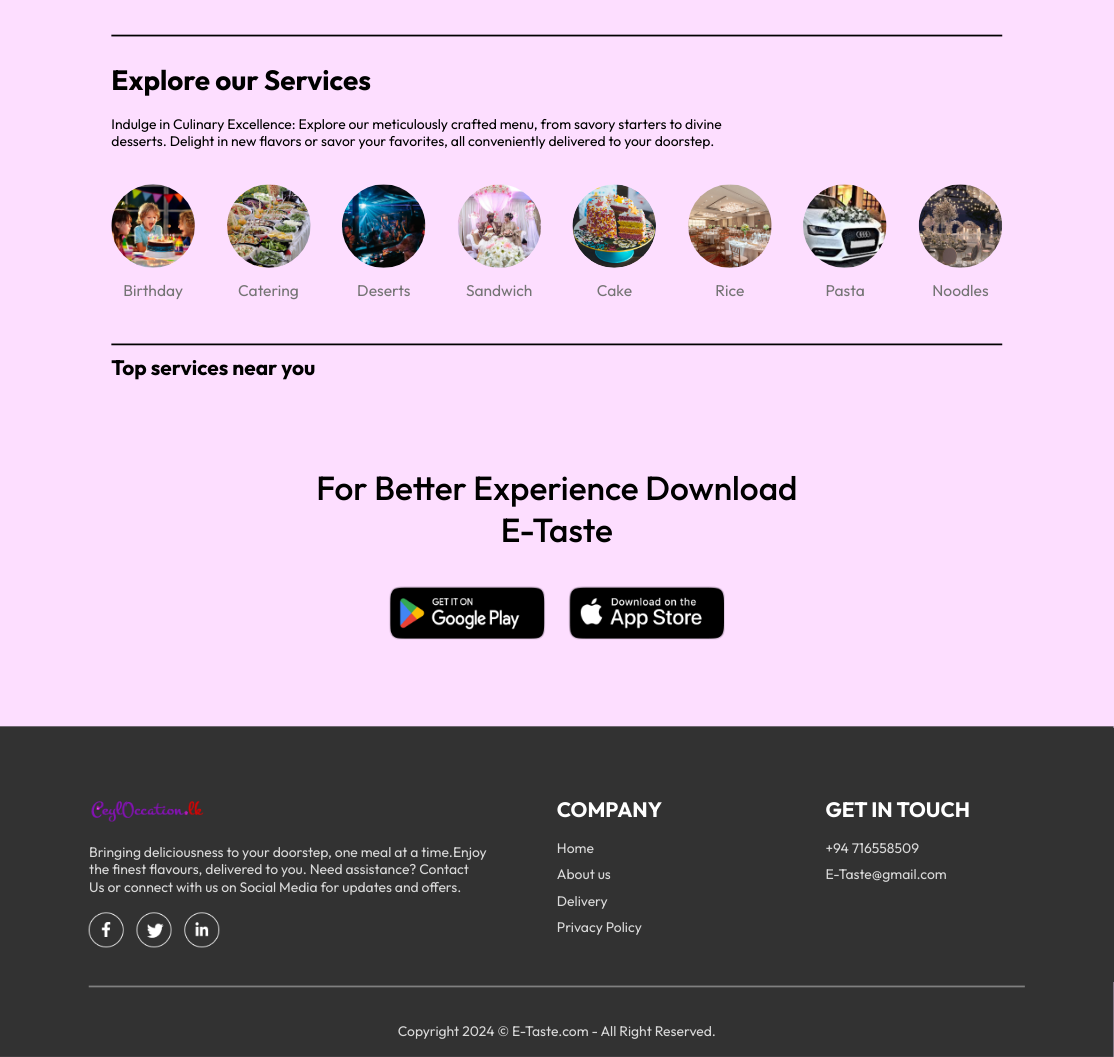
Repository: Abhiranda/Ceyloccation.lk
Page: / (app in frontend/)
An editor plug-in stored every save of this project. The page is shown before and after the next save, followed by the edit.
The browser window is 1280 px wide. The pictures show the part of the page from y = 624 to 1839 px (the page is 1839 px tall), at 87% of full size.
The page's requests for data from a server got no answer. The project was rebuilt for these pictures with package versions that can differ from the ones it lists, and the page was loaded fresh each time. No one was signed in, and anything a server would have sent is missing. Also part of the build but not shown: frontend/vite.config.js, frontend/src/pages/PlaceOrder/PlaceOrder.css, frontend/src/pages/PlaceOrder/PlaceOrder.jsx, frontend/src/components/ServiceDisplay/ServiceDisplay.css, frontend/src/components/ServiceItem/ServiceItem.css, frontend/src/components/ServiceItem/ServiceItem.jsx, frontend/src/pages/Cart/Cart.css, frontend/src/pages/Cart/Cart.jsx and 6 more.

Above is the page before, as saved 2024-06-07 13:59:03.

### frontend/index.html
<!doctype html>
<html lang="en">
  <head>
    <meta charset="UTF-8" />
    <link rel="icon" type="" href="./logo.png" />
    <meta name="viewport" content="width=device-width, initial-scale=1.0" />
    <title>Ceyloccation.lk</title>
  </head>
  <body>
    <div id="root"></div>
    <script type="module" src="/src/main.jsx"></script>
  </body>
</html>

### frontend/src/main.jsx
import React from 'react'
import ReactDOM from 'react-dom/client'
import App from './App.jsx'
import './index.css'
import {BrowserRouter}from 'react-router-dom'
import StoreContextProvider from './context/StoreContext.jsx'


ReactDOM.createRoot(document.getElementById('root')).render(
  <BrowserRouter>
    <StoreContextProvider>
      <App />
    </StoreContextProvider>
  </BrowserRouter>
)

### frontend/src/App.jsx
import React, { useState } from 'react'
import Navbar from './components/Navbar/Navbar'
import { Route, Routes } from 'react-router-dom'
import PlaceOrder from './pages/PlaceOrder/PlaceOrder'
import Home from './pages/Home/Home'
import Cart from './pages/Cart/Cart'
import Footer from './components/Footer/Footer'
import LoginPopup from './components/LoginPopup/LoginPopup'
import Verify from './pages/Verify/Verify'
import MyOrders from './pages/MyOrders/MyOrders'



const App = () => {

  const[showLogin,setShowLogin]=useState(false)

  return (
    <>
    {showLogin?<LoginPopup setShowLogin={setShowLogin}/>:<></>}
    <div className='app'>
      <Navbar setShowLogin={setShowLogin}/>
      <Routes>
        <Route path='/' element={<Home/>}/>
        <Route path='/cart' element={<Cart/>}/>
        <Route path='/order' element={<PlaceOrder/>}/>
        <Route path='/verify' element={<Verify/>}/>
        <Route path='/myorders' element={<MyOrders/>}/>


      </Routes>
    </div>
    <Footer/>
    </>
  )
}

export default App

### frontend/src/index.css
@import url('https://fonts.googleapis.com/css2?family=Outfit:wght@100..900&display=swap');

*{
  padding:0;
  margin:0;
  box-sizing: border-box;
  font-family: outfit;
  scroll-behavior: smooth;
}

body{
  min-height: 100vh;
  background-color: rgba(242, 0, 255, 0.129);
}

a{
  text-decoration: none;
  color: inherit;
}

.app{
  width: 80%;
  margin: auto;
}


/*creade fadein when refreshing the page*/
@keyframes fadeIn{
  0%{
    opacity: 0;
  }
  100%{
    opacity: 1;
  }
}

### frontend/src/context/StoreContext.jsx
import axios from "axios";
import { createContext, useEffect, useState } from "react";

export const StoreContext = createContext(null)

const StoreContextProvider = (props) => {

    const [cartItems, setCartItems] = useState({});
    const url = "http://localhost:4000";
    const [token,setToken] = useState("");
    const [service_list,setServiceList] = useState([])


    const addToCart = async (itemId) => {
        if (!cartItems[itemId]) {
            setCartItems((prev) => ({ ...prev, [itemId]: 1 }))
        }
        else {
            setCartItems((prev) => ({ ...prev, [itemId]: prev[itemId] + 1 }))
        }
        if (token) {
            await axios.post(url+"/api/cart/add",{itemId},{headers:{token}})
        }
    }

    const removeFromCart = async (itemId) => {
        setCartItems((prev) => ({ ...prev, [itemId]: prev[itemId] - 1 }));
        if (token) {
            await axios.post(url+"/api/cart/remove",{itemId},{headers:{token}})
        }

    }

    const getTotalCartAmount = () => {
        let totalAmount = 0;
        for (const item in cartItems) {
            if (cartItems[item] > 0) {
                let itemInfo = service_list.find((product) => product._id === item);
                totalAmount += itemInfo.price * cartItems[item];
            }

        }
        return totalAmount;
    }

    const fetchServiceList = async ()=>{
        const response = await axios.get(url+"/api/service/list")
        setServiceList(response.data.data)
    }

    const loadCartData = async (token)=>{
        const response = await axios.post(url+"/api/cart/get",{},{headers:{token}});
        setCartItems(response.data.cartData);
    }

    useEffect(()=>{
        async function loadData(){
            await fetchServiceList();
            if (localStorage.getItem("token")) {
                setToken(localStorage.getItem("token"));
                await loadCartData(localStorage.getItem("token"));
            }
        }
        loadData();
    },[])

    const contextValue = {
        service_list,
        cartItems,
        setCartItems,
        addToCart,
        removeFromCart,
        getTotalCartAmount,
        url,
        token,
        setToken
    }

    return (
        <StoreContext.Provider value={contextValue}>
            {props.children}
        </StoreContext.Provider>
    )

}

export default StoreContextProvider

### frontend/src/components/Navbar/Navbar.jsx
import React, { useContext, useState } from 'react'
import './Navbar.css'
import { assets } from '../../assets/assets'
import { Link, useNavigate } from 'react-router-dom';
import { StoreContext } from '../../context/StoreContext';

const Navbar = ({setShowLogin}) => {

    const[menu,setMenu]=useState("Home");

    const {getTotalCartAmount,token,setToken}=useContext(StoreContext);

    const navigate = useNavigate();

    const logout = () =>{
      localStorage.removeItem("token");
      setToken("");
      navigate("/")   //redirected to home page
    }

  return (
    <div className='navbar'>
      <Link to='/'><img src={assets.logo} alt="logo" className='logo'/></Link>
      <ul className='navbar-menu'>
        <Link to='/' onClick={()=>setMenu("Home")} className={menu==='Home'?'active':''}>Home</Link>
        <a href='#explore-menu' onClick={()=>setMenu("Menu")} className={menu==='Menu'?'active':''}>Services</a>
        <a href='#app-download' onClick={()=>setMenu("Mobile-app")} className={menu==='Mobile-app'?'active':''}>Mobile-app</a>
        <a href='#footer' onClick={()=>setMenu("About-us")} className={menu==='About-us'?'active':''}>About us</a>
      </ul>
      <div className='navbar-right'>
        <img src={assets.search_icon} alt="search_icon" />
        <div className='navbar-search-icon'>
            <Link to='/cart'><img src={assets.basket_icon} alt="basket_icon"/></Link>
            {/**count of basket items (Number of items in the cart) **/}
            <div className={getTotalCartAmount()===0?"":"dot"}></div>
        </div>
        {!token?<button onClick={()=>setShowLogin(true)}>Sign in</button>
        :<div className='navbar-profile'>
          <img src={assets.profile_icon} alt="" />
          <ul className="navbar-profile-dropdown">
            <li onClick={()=>navigate('/myorders')}><img src={assets.bag_icon} alt='bag_icon' /><p>Orders</p></li>
            <hr/>
            <li onClick={logout}><img src={assets.logout_icon} alt='logout_icon' /><p>Logout</p></li>

          </ul>
        </div>}

      </div>
    </div>
  )
}

export default Navbar

### frontend/src/pages/Home/Home.jsx
import React, { useState } from 'react'
import './Home.css'
import Header from '../../components/Header/Header'
import ExploreMenu from '../../components/ExploreMenu/ExploreMenu'
import ServiceDisplay from '../../components/ServiceDisplay/ServiceDisplay'
import AppDownload from '../../components/AppDownload/AppDownload'

const Home = () => {

  //create state variable
  const[category,setCategory]=useState("All");

  return (
    <div>
      <Header/>
      <ExploreMenu category={category} setCategory={setCategory}/>
      <ServiceDisplay category={category}/>
      <AppDownload/>
    </div>
  )
}

export default Home

### frontend/src/components/Footer/Footer.jsx
import React from 'react'
import './Footer.css'
import { assets } from '../../assets/assets'


const Footer = () => {
  return (
    <div className='footer' id='footer'>
        <div className="footer-content">
            <div className="footer-content-left">
                <img src={assets.logo} alt=''/>
                <p>Bringing deliciousness to your doorstep, one meal at a time.Enjoy the finest flavours, delivered to you. Need assistance? Contact Us or connect with us on Social Media for updates and offers.</p>
                <div className="footer-social-icons">
                    <img src={assets.facebook_icon} alt=''/>
                    <img src={assets.twitter_icon} alt=''/>
                    <img src={assets.linkedin_icon} alt=''/>
                </div>
            </div>
            <div className="footer-content-center">
                <h2>COMPANY</h2>
                <ul>
                    <li>Home</li>
                    <li>About us</li>
                    <li>Delivery</li>
                    <li>Privacy Policy</li>
                </ul>
            </div>
            <div className="footer-content-right">
                <h2>GET IN TOUCH</h2>
                <ul>
                    <li>+94 716558509</li>
                    <li>E-Taste@gmail.com</li>
                </ul>
            </div>

        </div>
        <hr/>
        <p className="footer-copyright">Copyright 2024 © E-Taste.com - All Right Reserved.</p>
    </div>
  )
}

export default Footer

### frontend/src/components/Navbar/Navbar.css
.navbar{
    padding: 20px 40px;
    display: flex;
    justify-content: space-between;
    align-items: center;
}

.navbar.logo{
    width: 170px;
    height: 34px;

}

.navbar-menu{
    display: flex;
    list-style: none;
    gap: 20px;
    color: #1154A5;
    font-size: 18px;
    align-items: center;
}

.navbar-right{
    display: flex;
    align-items: center;
    gap: 40px;
}

.navbar button{
    background-color: transparent;
    font-size: 16px;
    color: #1154A5;
    border:1px solid #1154A5 ;
    padding: 10px 30px;
    border-radius: 50px;
    cursor: pointer;
}

.navbar button:hover{
    background-color:#948EE8;
    color: rgb(0, 0, 0);
}

.navbar .active{
    padding-bottom: 2px;
    border-bottom: 4px solid #C0268D;
    color: #000000;
}

.navbar li{
    cursor: pointer;
}

.navbar-search-icon{
    position: relative;
}

.navbar-search-icon .dot{
    position: absolute;
    min-width: 10px;
    min-height: 10px;
    background-color: rgb(189, 0, 158);
    border-radius: 5px;
    top: -8px;
    right: -8px;
}

.navbar-profile{
   position: relative;
}

.navbar-profile-dropdown{
    position: absolute;
    display: none;
    right: 0;
    z-index: 1;
}

.navbar-profile:hover .navbar-profile-dropdown{
    display: flex;
    flex-direction: column;
    gap: 10px;
    background-color: #fff2ef;
    padding: 12px 25px;
    border-radius: 4px;
    border: 1px solid #2d24b1;
    outline: 2px solid white;
    list-style: none;

}

.navbar-profile-dropdown li{
    display: flex;
    align-items: center;
    gap: 10px;
    cursor: pointer;
}

.navbar-profile-dropdown img{
    width: 20px;
}

.navbar-profile-dropdown li:hover{
   color: #2d24b1;
}

@media(max-width:1050px){
    .navbar .logo{
        width: 140px;
    }
    .navbar-menu{
        gap:20px;
        font-size: 17px;
    }
    .navbar-right{
        gap: 30px;
    }
    .navbar-right img{
        width: 22px;
    }
    .navbar-right button{
        pad: 8px 25px;
    }
}

@media(max-width:900px){
    .navbar .logo{
        width: 120px;
    }
    .navbar-menu{
        gap:15px;
        font-size: 16px;
    }
    .navbar-right{
        gap: 20px;
    }
    .navbar-right img{
        width: 20px;
    }
    .navbar-right button{
        pad: 7px 20px;
        font-size: 15px;
    }
}

@media(max-width:750px){

    .navbar-menu{
        display: none;
    }
}

### frontend/src/components/Header/Header.jsx
import React from 'react';
import Slideshow from './Slideshow';
import './Header.css';

const Header = () => {
  return (
    <div className='header'>
      <Slideshow />
      <div className="header-contents">
        <h2>Celebrate Life's Moments with Ease!</h2>
        <p>Life's Occasions Made Effortless: Celebrate Every Moment with Ease!</p>
        <button>Join Us....</button>
      </div>
    </div>
  );
}

export default Header;

### frontend/src/components/ExploreMenu/ExploreMenu.jsx
import React from 'react'
import './ExploreMenu.css'
import { menu_list } from '../../assets/assets'

const ExploreMenu = ({category,setCategory}) => {
  return (
    <div className='explore-menu' id='explore-menu'>
      <hr/>
        <h1>Explore our Services</h1>
        <p className='explore-menu-text'>Indulge in Culinary Excellence: Explore our meticulously crafted menu, from savory starters to divine desserts. Delight in new flavors or savor your favorites, all conveniently delivered to your doorstep.</p>
        <div className='explore-menu-list'>
            {menu_list.map((item,index)=>{
                return(
                    <div onClick={()=>setCategory(prev=>prev===item.menu_name?"All":item.menu_name)} key={index} className='explore-menu-list-item'>
                        <img className={category===item.menu_name?"active":""} src={item.menu_image} alt='' />
                        <p>{item.menu_name}</p>
                        </div>
                )
            })}
        </div>
        <hr/>
    </div>
  )
}

export default ExploreMenu

### frontend/src/components/ServiceDisplay/ServiceDisplay.jsx
import React, { useContext } from 'react'
import './ServiceDisplay.css'
import { StoreContext } from '../../context/StoreContext'
import ServiceItem from '../ServiceItem/ServiceItem'

const ServiceDisplay = ({category}) => {
    const{service_list}=useContext(StoreContext)
  return (
    <div className='service-display' id='service-display'>
      <h2>Top services near you</h2>
      <div className="service-display-list">
        {service_list.map((item,index)=>{
            if(category==="All" || category===item.category){
                return <ServiceItem key={index} id={item._id} name={item.name} description={item.description} price={item.price} image={item.image} />
            }

        })}
      </div>
    </div>
  )
}

export default ServiceDisplay

### frontend/src/components/AppDownload/AppDownload.jsx
import React from 'react'
import './AppDownload.css'
import { assets } from '../../assets/assets'

const AppDownload = () => {
  return (
    <div className='app-download' id='app-download'>
      <p>For Better Experience Download<br/>E-Taste</p>
      <div className="app-download-platforms">
        <img src={assets.play_store} alt=''/>
        <img src={assets.app_store} alt=''/>
      </div>
    </div>
  )
}

export default AppDownload

### frontend/src/components/Footer/Footer.css

.footer{
    color: #d9d9d9;
    background-color: #323232;
    display: flex;
    flex-direction: column;
    align-items: center;
    gap: 20px;
    padding: 20px 8vw;
    padding-top: 80px;
    margin-top: 100px;
}

.footer-content{
    width: 100%;
    display: grid;
    grid-template-columns: 2fr 1fr 1fr;
    gap: 80px;
}

.footer-content-left,.footer-content-right,.footer-content-center{
    display: flex;
    flex-direction: column;
    align-items: start;
    gap: 20px;
}

.footer-content-left li,.footer-content-right li,.footer-content-center li{
    list-style: none;
    margin-bottom: 10px;
    cursor: pointer;
}

.footer-content-right h2,.footer-content-center h2{
    color: white;
}

.footer-social-icons img{
    width: 40px;
    margin-right: 15px;
}

.footer hr{
    width: 100%;
    height: 2px;
    margin: 20px 0;
    background-color: grey;
    border: none;
}

@media(max-width:750px){
    .footer-content{
        display: flex;
        flex-direction: column;
        gap: 35px;
    }

    .footer-copyright{
        text-align: center;

    }


}

### frontend/src/components/Header/Slideshow.jsx
import React, { useState, useEffect } from 'react';
import './Slideshow.css'; // Make sure you're importing Slideshow.css

const Slideshow = () => {
  const [currentSlide, setCurrentSlide] = useState(0);
  const slides = [
    './head1.png',
    './head2.png',
    './head3.png'
  ];

  useEffect(() => {
    const interval = setInterval(() => {
      setCurrentSlide(prevSlide => (prevSlide + 1) % slides.length);
    }, 2000);

    return () => clearInterval(interval);
  }, []);

  return (
    <div className="slideshow-container">
      {slides.map((slide, index) => (
        <div
          key={index}
          className={`slide ${index === currentSlide ? 'active' : ''}`}
          style={{ backgroundImage: `url(${slide})` }}
        ></div>
      ))}
    </div>
  );
}

export default Slideshow;

### frontend/src/components/Header/Header.css
.header {
    height: 40vw;
    width: 100%;
    margin: 30px auto;
    background: url('./head1.png') no-repeat;
    background-size: cover;
    position: relative;
    border-radius: 40px;
  }

  .header-contents {
    position: absolute;
    display: flex;
    flex-direction: column;
    align-items: start;
    gap: 1.5vw;
    max-width: 60%;
    bottom: 10%;
    left: 7vw;
    animation: fadeIn 3s;
  }

  .header-contents h2 {
    font-weight: 400;
    color: white;
    font-size: max(4.0vw,22px);
  }

  .header-contents p {
    color: white;
    font-size: 1.5vw;
  }

  .header-contents button {
    border: none;
    color: #ffffff;
    font-weight: 600;
    padding: 1vw 2.3vw;
    background-color: rgba(197, 121, 218, 0.589);
    font-size: max(1vw,13px);
    border-radius: 20px;
  }

  @media (max-width: 1050px) {
    .header-contents {
      max-width: 45%;
    }
  }

  @media (max-width: 750px) {
    .header-contents {
      max-width: 65%;
    }
    .header-contents p {
      display: none;
    }
    .header-contents button {
      padding: 2vw 4vw;
    }
  }

### frontend/src/components/ExploreMenu/ExploreMenu.css

.explore-menu{
    display: flex;
    flex-direction: column;
    gap: 20px;
}

.explore-menu{
    color: #000000;
    font-weight: 400px;
}

.explore-menu-text{
    max-width: 75%;
    columns: #808080;
}

.explore-menu-list{
    display: flex;
    justify-content: space-between;
    align-items: center;
    gap: 30px;
    text-align: center;
    margin: 20px 0px;
    overflow: scroll;
}

/*Hide scroll bar*/
.explore-menu-list::-webkit-scrollbar{
    display: none;
}

.explore-menu-list-item img{
    width: 7.5vw;
    min-width: 80px;
    cursor: pointer;
    border-radius: 100%;
    transition: 0.2s;
}

.explore-menu-list-item p{
    margin-top: 10px;
    color: #747474;
    font-size: max(1.4vw,16px);
    cursor: pointer;
    transition: 0.2s;
}

.explore-menu hr{
    margin: 10px 0px;
    height: 2px;
    background-color: #000000;
    border: none;
}

.explore-menu-list-item .active{
    border: 4px solid tomato;
    padding: 2px;
}


.explore-menu-list-item:hover{
    transform: scale(1.05);
}

@media(max-width:1050px){
    .explore-menu-text{
        max-width: 100%;
         font-size: 14px;
    }
}

### frontend/src/components/AppDownload/AppDownload.css

.app-download{
    margin: auto auto;
    margin-top: 100px;
    font-size: max(3vw,20px);
    text-align: center;
    font-weight: 500;
}

.app-download-platforms{
    display: flex;
    justify-content: center;
    gap: max(2vw,10px);
    margin-top: 40px;
}

.app-download-platforms img{
    width: max(30vw,120px);
    max-width: 180px;
    transition: 0.5s;
    cursor: pointer;
}

.app-download-platforms img:hover{
    transform: scale(1.05);
}

### frontend/src/components/Header/Slideshow.css
.slideshow-container {
    position: relative;
    max-width: 100%;
    overflow: hidden;
  }

  .slide {
    display: none;
    width: 100%;
    height: 40vw;
    background-size: cover;
    background-position: center;
  }

  .slide.active {
    display: block;
    animation: fade 1.5s;
  }

  @keyframes fade {
    from { opacity: 0; }
    to { opacity: 1; }
  }

Loaded but not shown: frontend/src/assets/assets.js (350 lines, source omitted); frontend/src/pages/Home/Home.css (no stored copy; drawn as an empty file)

After the next save:
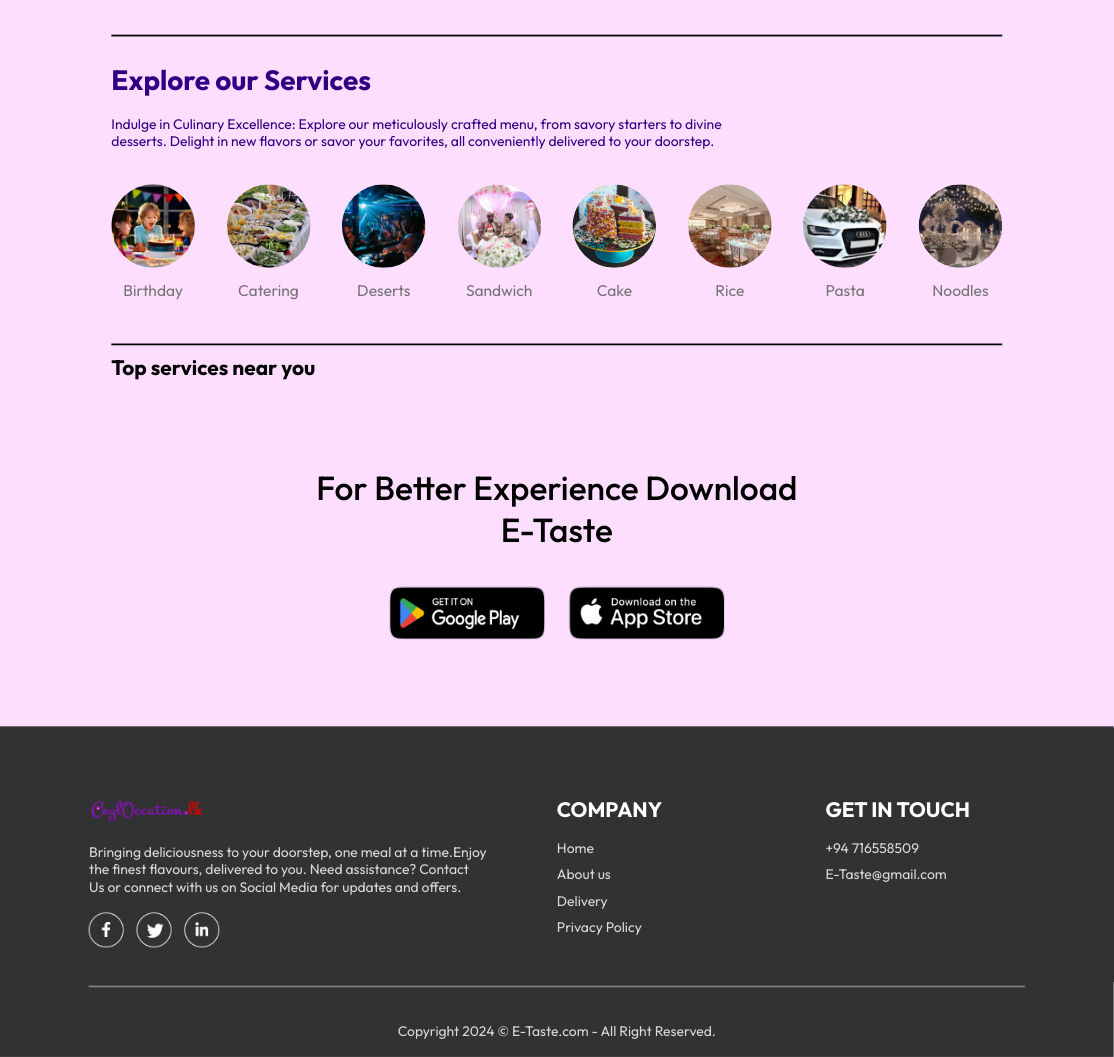
Saved 8 s later.
--- a/frontend/src/components/ExploreMenu/ExploreMenu.css
+++ b/frontend/src/components/ExploreMenu/ExploreMenu.css
@@ -6,7 +6,7 @@
 }
 
 .explore-menu{
-    color: #000000;
+    color: #300083;
     font-weight: 400px;
 }
 
